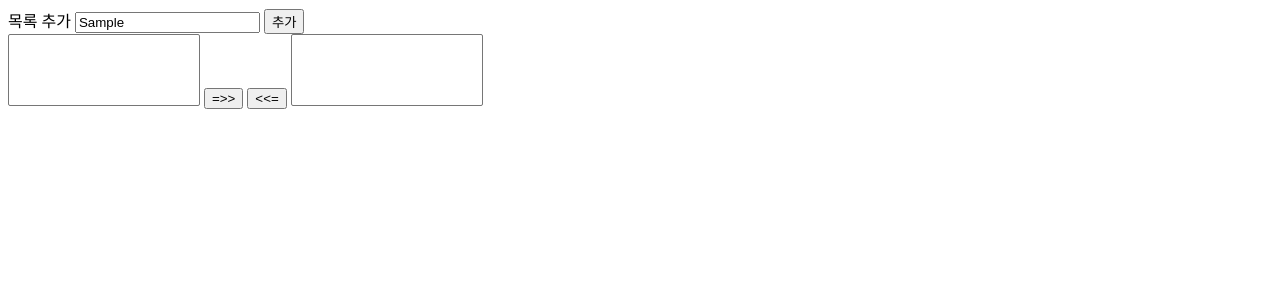
Repository: harin1212/PDA-frontend
Page: 김하린_0809/index.html
The author's editor kept a copy of each file at every save. The page is drawn from the files as they stood at one save, then again after the next save.
The browser window is 1280 px wide. The pictures show the whole page.
Empty fields were first filled with sample values (such as "Sample", 5 or name@example.com).
After loading, the first visible `#btn` was clicked once.

Above is the page before, as saved 2023-08-10 08:05:58.
Console error: TypeError: result.appendChild is not a function

After the next save:
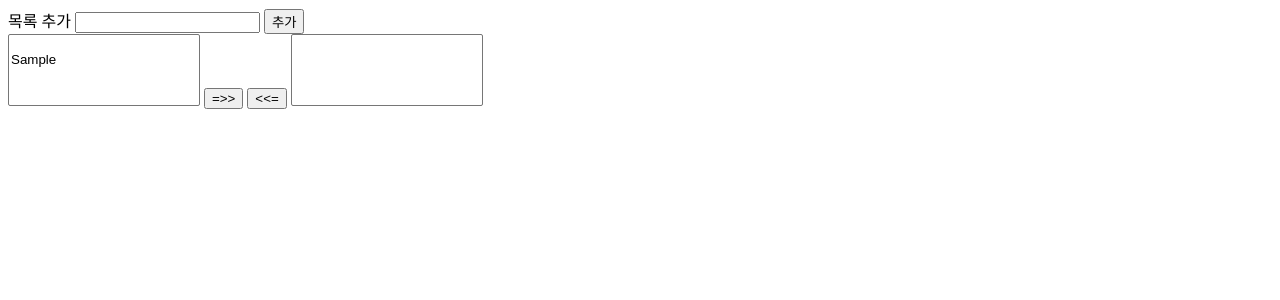
The error is gone.
Saved 1 s later.
--- a/김하린_0809/main.js
+++ b/김하린_0809/main.js
@@ -15,7 +15,7 @@ document.getElementById('btn')
     ele_option.appendChild(txt);
 
     //li : ul에 추가해야함
-    let result = document.getElementsByClassName('box1');
+    let result = document.getElementById('box1');
     result.appendChild(ele_option);
 
     addlist.value=""; //초기화
